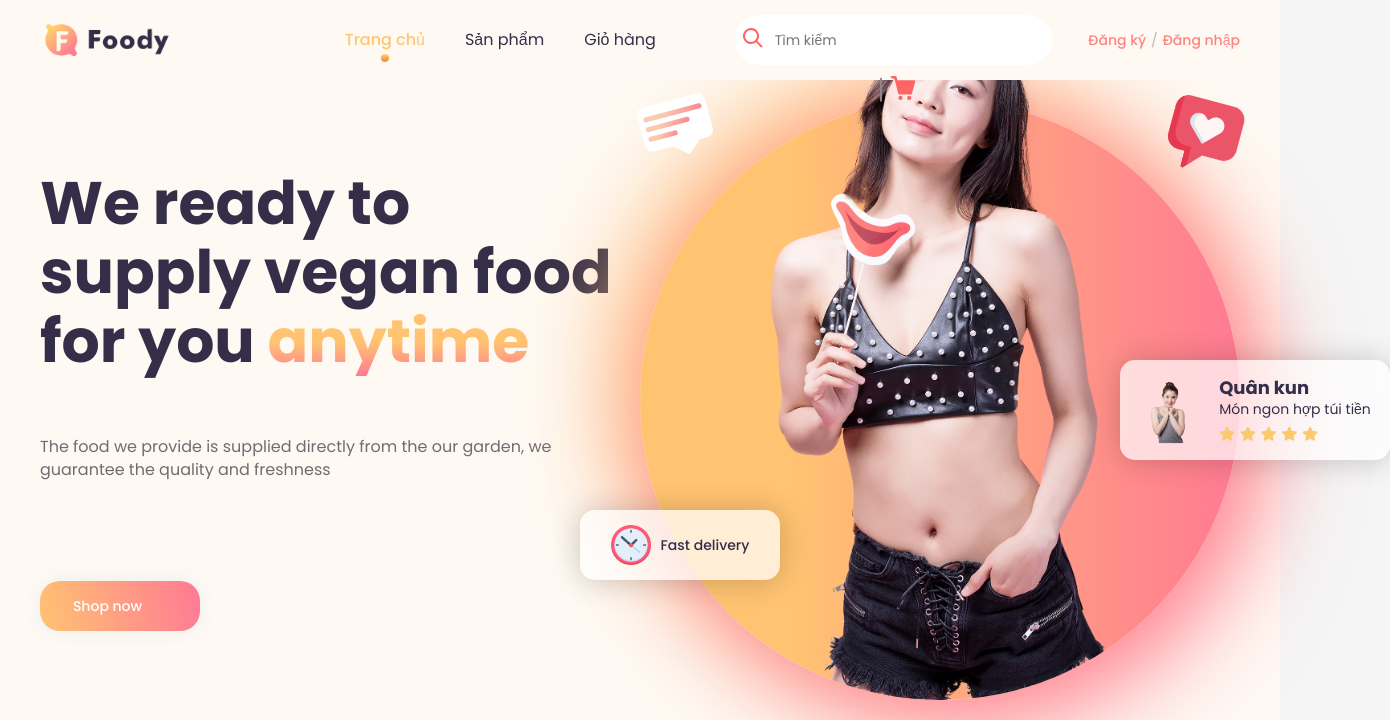
Repository: phamvuhung2710/react-ecommerce
Page: /
The author's editor kept a copy of each file at every save. The page is drawn from the files as they stood at one save, then again after the next save.
The browser window is 1280 px wide. The page is 1390 px wide, so the pictures cover 1390 px, including what lies to the right of the window. The pictures show the whole page.
The page's requests for data from a server got no answer. Some web libraries are served in a nearby version. The project was rebuilt for these pictures with package versions that can differ from the ones it lists, and the page was loaded fresh each time. No one was signed in, and anything a server would have sent is missing. Also part of the build but not shown: src/guard/AuthenticatedGuard.jsx, src/guard/UnauthenticatedGuard.jsx, src/layouts/CartLayout/CartLayout.jsx, src/layouts/RegisterLayout/RegisterLayout.jsx.

Above is the page before, as saved 2021-09-07 19:06:19.

After the next save:
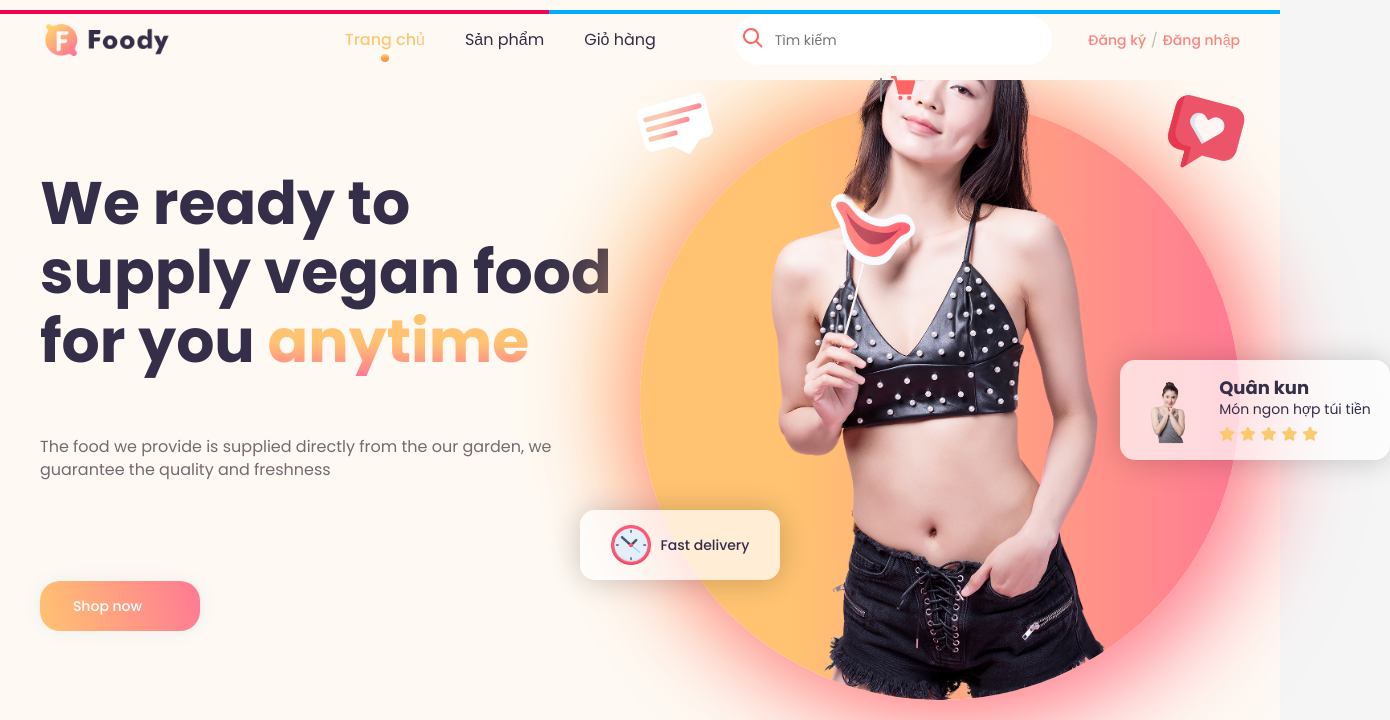
Saved 14 s later.
--- a/src/components/Fallback/Fallback.jsx
+++ b/src/components/Fallback/Fallback.jsx
@@ -10,7 +10,7 @@ const StyledLoading = styled(LinearProgress)`
   right: 0;
   margin-top: 10px;
   background-color: #00aefd !important;
-  z-index: 99;
+  z-index: 9999999;
 `
 
 function Fallback(props) {
